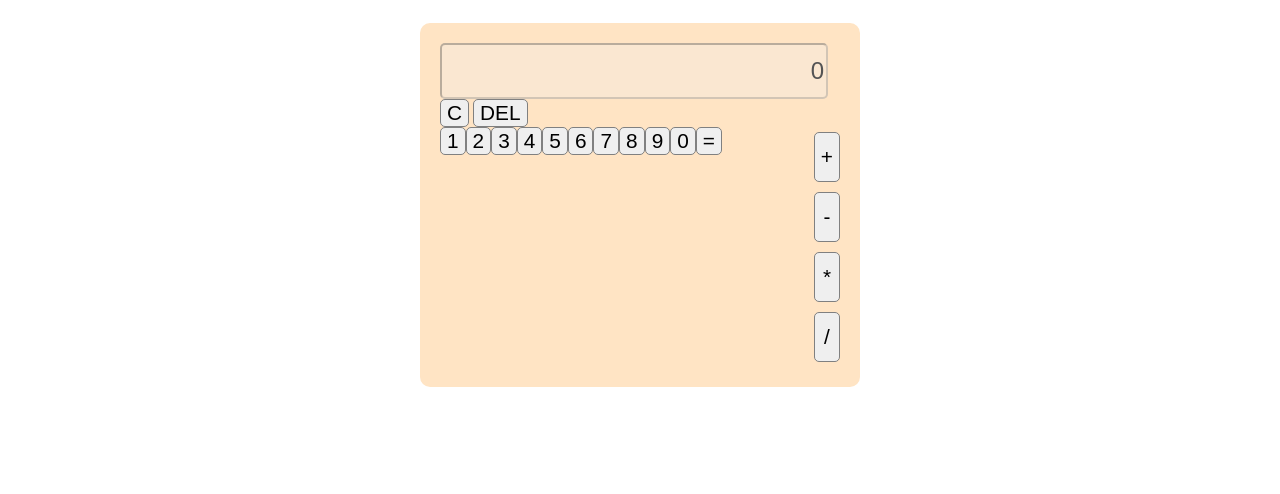
Repository: jaskeat/Calculator
Page: index.html
An editor plug-in stored every save of this project. The page is shown before and after the next save, followed by the edit.
The browser window is 1280 px wide. The pictures show the whole page.

Above is the page before, as saved 2024-09-05 13:16:21.

### index.html
<!DOCTYPE html>
<html lang="en">
	<head>
		<meta charset="UTF-8" />
		<meta name="viewport" content="width=device-width, initial-scale=1.0" />
		<title>Calculator</title>
		<link rel="stylesheet" href="style.css" />
	</head>
	<body>
		<div class="calculator">
			<div class="display">
				<input type="text" class="display-input" value="0" disabled />
			</div>

			<div class="extrabtn">
				<button class="btn" onclick="clearDisplay()">C</button>
				<button class="btn" onclick="deleteLast()">DEL</button>
			</div>

			<div class="buttons">
				<div class="operators">
					<button class="btn" onclick="append('+')">+</button>
					<button class="btn" onclick="append('-')">-</button>
					<button class="btn" onclick="append('*')">*</button>
					<button class="btn" onclick="append('/')">/</button>
				</div>

				<div class="numbers">
					<button class="btn" onclick="append('1')">1</button>
					<button class="btn" onclick="append('2')">2</button>
					<button class="btn" onclick="append('3')">3</button>
					<button class="btn" onclick="append('4')">4</button>
					<button class="btn" onclick="append('5')">5</button>
					<button class="btn" onclick="append('6')">6</button>
					<button class="btn" onclick="append('7')">7</button>
					<button class="btn" onclick="append('8')">8</button>
					<button class="btn" onclick="append('9')">9</button>
					<button class="btn" onclick="append('0')">0</button>
					<button class="btn" onclick="calculate()">=</button>
				</div>
			</div>
		</div>
		<script src="script.js"></script>
	</body>
</html>

### style.css
body {
	display: flex;
	justify-content: center;
	align-items: center;
}

.calculator {
	width: 400px;
	max-width: 600px;
	height: auto;
	margin: 15px;
	padding: 20px;
	background-color: bisque;
	border-radius: 10px;
}

button {
	border-radius: 5px;
	border: 1px grey solid;
	font-size: 1.3rem;
}

input {
	width: 380px;
	height: 50px;
	font-size: 1.5rem;
	text-align: right;
	border-radius: 5px;
}

.operators {
	display: flex;
	flex-direction: column;
	width: auto;
}

.operators button {
	width: auto;
	height: 50px;
	margin: 5px 0;
}

.numbers {
	display: flex;
	flex-wrap: wrap;
	height: 1px;
}
.buttons {
	display: flex;
	flex-direction: row-reverse;
	justify-content: space-between;
}

Loaded but not shown: script.js (no copy from this time; the picture is the same without it)

After the next save:
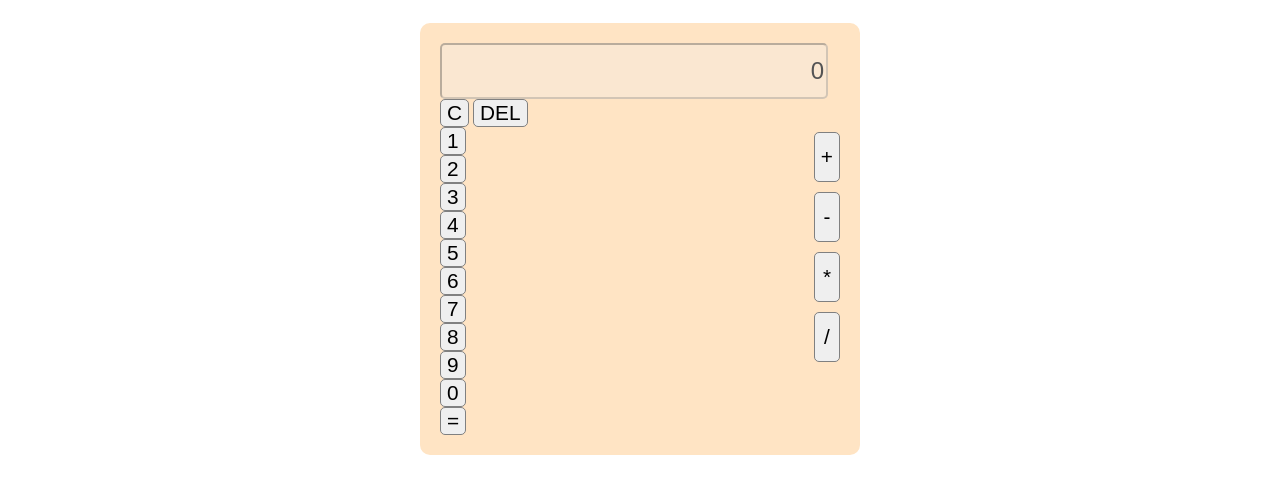
Saved 11 s later.
--- a/style.css
+++ b/style.css
@@ -43,7 +43,8 @@ input {
 .numbers {
 	display: flex;
 	flex-wrap: wrap;
-	height: 1px;
+	height: auto;
+	width: 40px;
 }
 .buttons {
 	display: flex;
